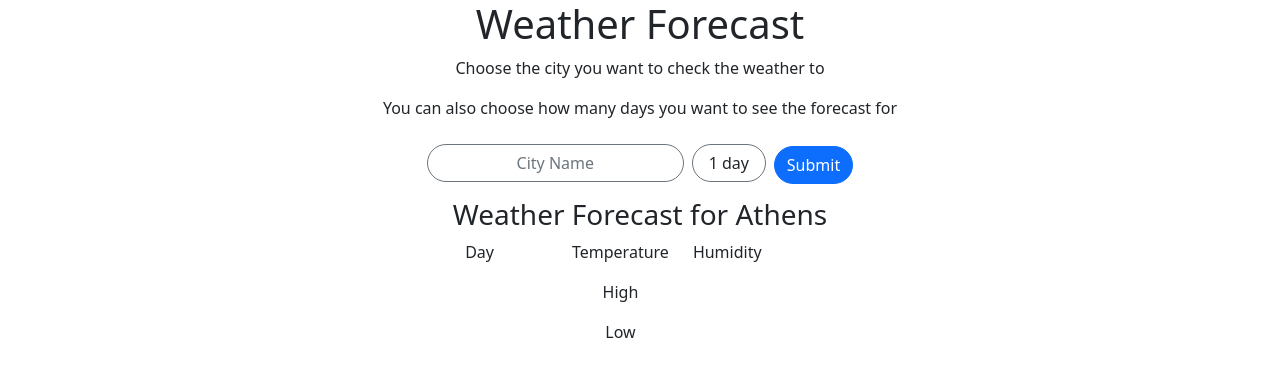
Repository: DimitrisDoxopoulos/my-own-weather-app
Page: /
The author's editor kept a copy of each file at every save. The page is drawn from the files as they stood at one save, then again after the next save.
The browser window is 1280 px wide. The pictures show the whole page.
The project was rebuilt for these pictures with package versions that can differ from the ones it lists, and the page was loaded fresh each time.

Above is the page before, as saved 2021-06-03 19:52:51.

After the next save:
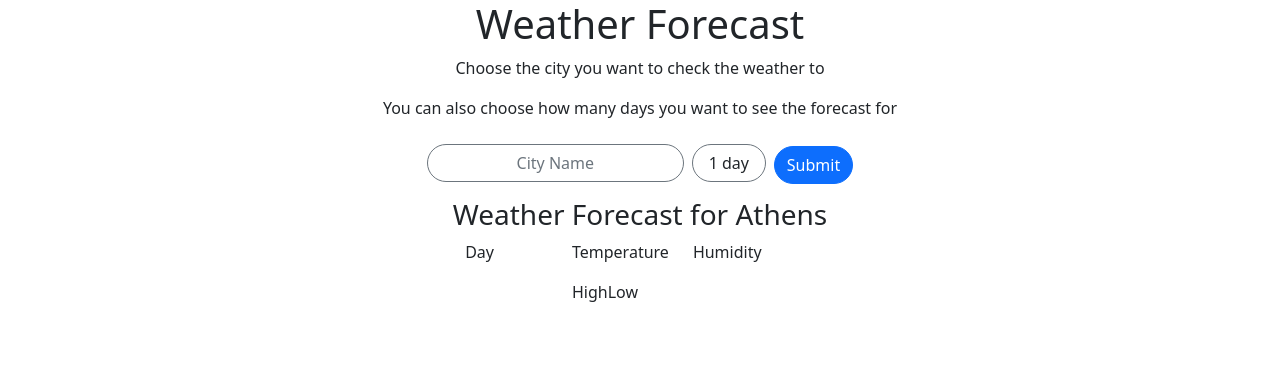
Saved 14 s later.
--- a/src/components/WeatherForecast.js
+++ b/src/components/WeatherForecast.js
@@ -14,8 +14,10 @@ const WeatherForecast = () => {
                     </div>
                     <div className="col-sm">
                         <p>Temperature</p>
-                        <p>High</p>
-                        <p>Low</p>
+                        <div className="d-flex">
+                            <p>High</p>
+                            <p>Low</p>
+                        </div>
                     </div>
                     <div className="col-sm">
                         <p>Humidity</p>
